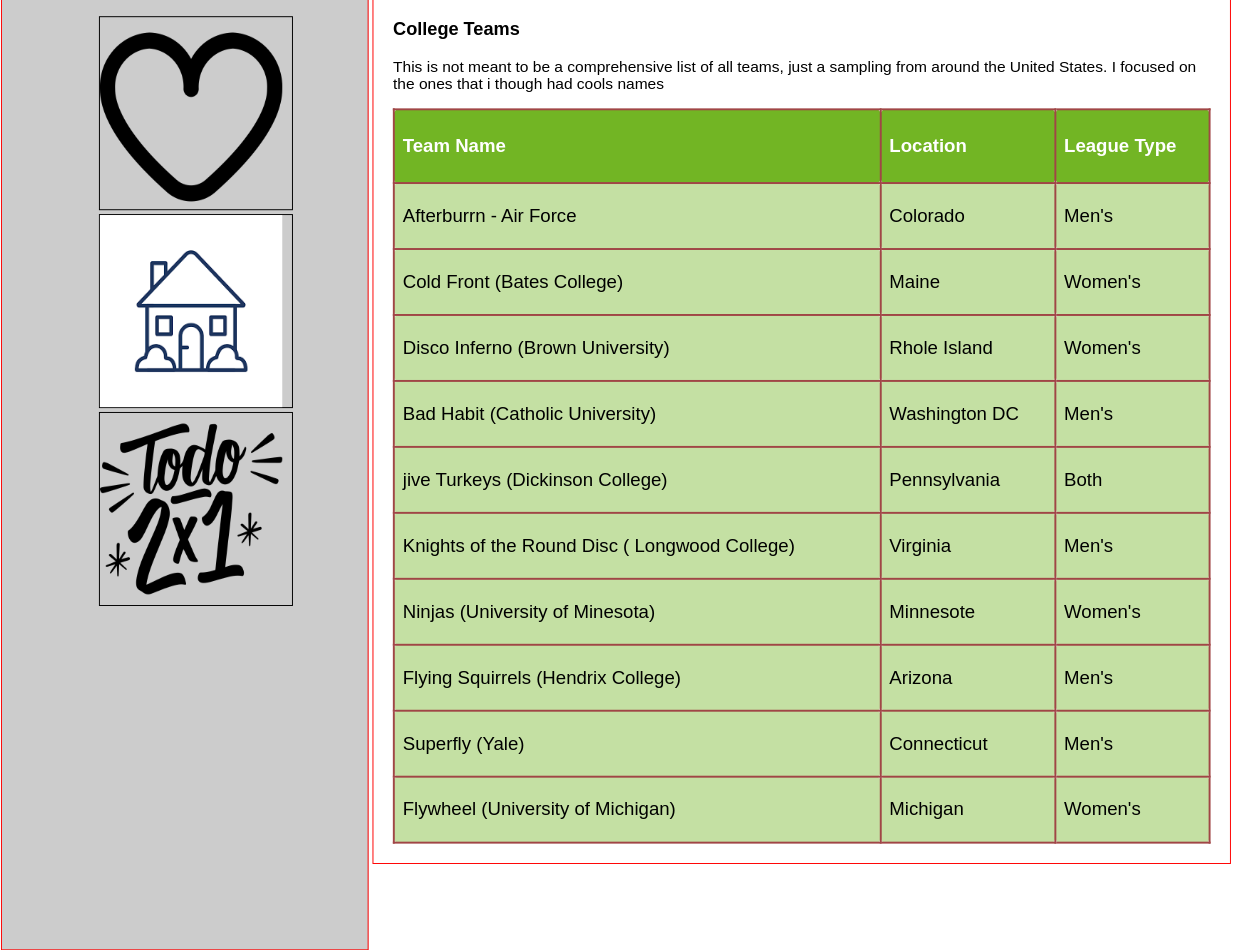
Repository: Tram-anh99/Blockchain_Funix
Page: CSS/Lab6_2.html
An editor plug-in stored every save of this project. The page is shown before and after a run of saves, followed by the edit.
The browser window is 1280 px wide. The page is 1292 px wide, so the pictures cover 1292 px, including what lies to the right of the window. The pictures show the part of the page from y = 176 to 1156 px (the page is 1156 px tall), at 97% of full size.

Above is the page before, as saved 2023-07-20 00:42:38.

After the next 2 saves:
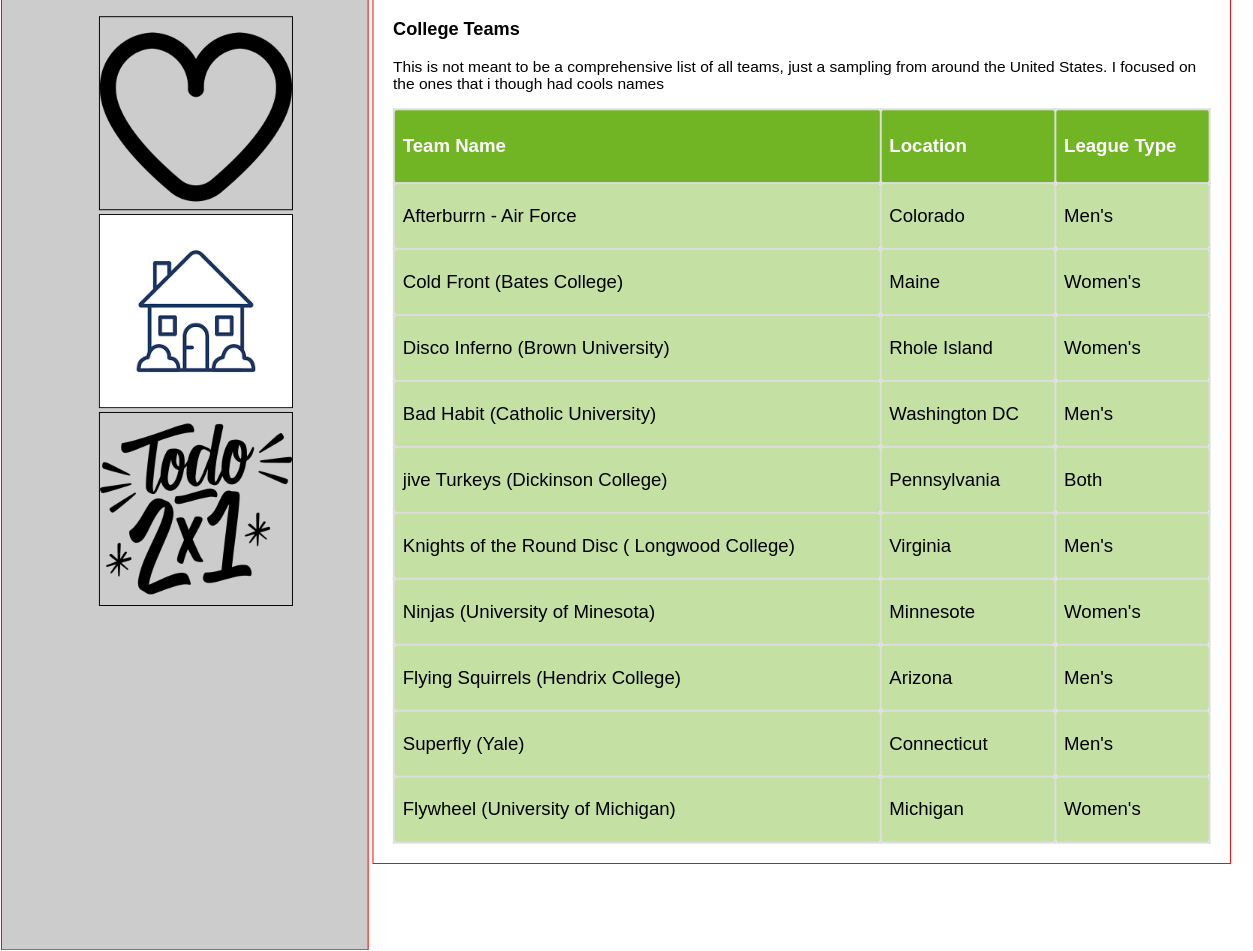
The 2 saves are shown as one change because they came seconds apart.
The last was saved 40 s later.
--- a/CSS/Lab6_2.css
+++ b/CSS/Lab6_2.css
@@ -72,7 +72,7 @@
       border-radius: 5px;
 }
 td,th{
-      border: 2px solid #a04646;
+      border: 2px solid #ddd;
       padding: 8px;
       border-radius: 5px;
 }
@@ -88,7 +88,7 @@
       background-color: #5daa045d;
 }
 img{
-      padding-right: 10px;
+      padding-right: 0px;
       width: 200px;
       height: 200px;
       border: 1px solid black;
